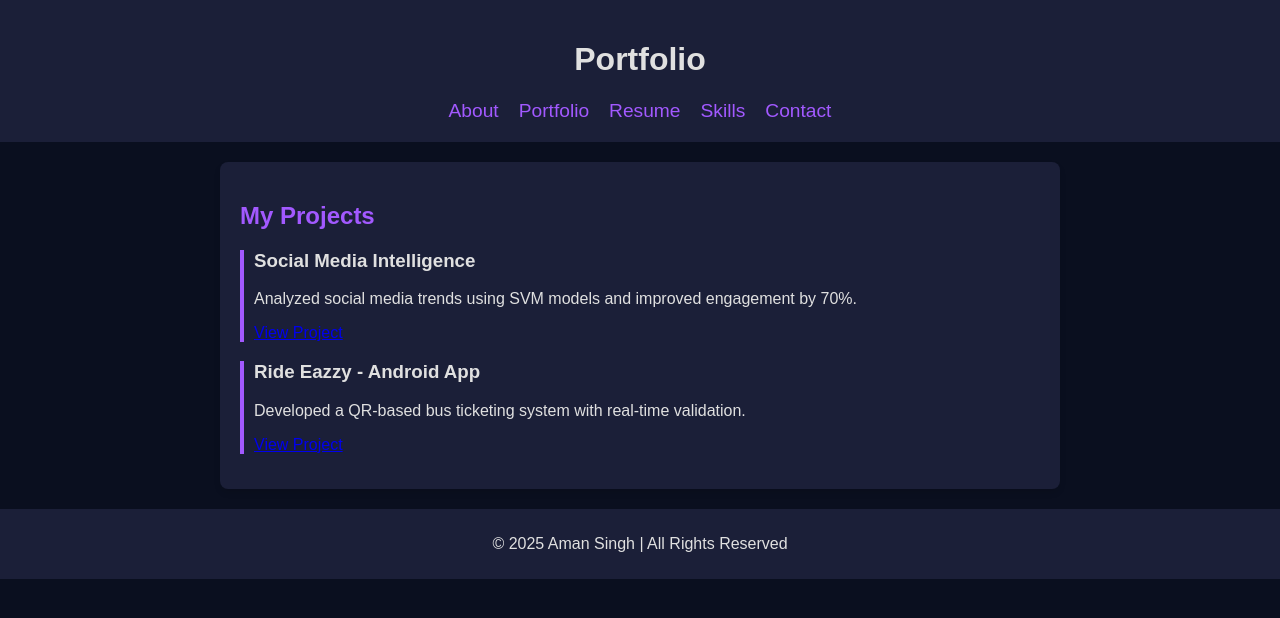
Repository: aman3singh/portfolio
Page: portfolio.html
The author's editor kept a copy of each file at every save. The page is drawn from the files as they stood at one save, then again after the next save.
The browser window is 1280 px wide. The pictures show the whole page.

Above is the page before, as saved 2025-02-11 18:25:06.

### portfolio.html
<!DOCTYPE html>
<html lang="en">
<head>
    <meta charset="UTF-8">
    <meta name="viewport" content="width=device-width, initial-scale=1.0">
    <title>Aman Singh | Portfolio</title>
    <link rel="stylesheet" href="styles.css">
</head>
<body>
    <header>
        <h1>Portfolio</h1>
        <nav>
            <a href="index.html#about">About</a>
            <a href="portfolio.html" class="active">Portfolio</a>
            <a href="resume.html">Resume</a>
            <a href="index.html#skills">Skills</a>
            <a href="index.html#contact">Contact</a>
        </nav>
    </header>

    <section id="projects">
        <h2>My Projects</h2>
        <div class="project">
            <h3>Social Media Intelligence</h3>
            <p>Analyzed social media trends using SVM models and improved engagement by 70%.</p>
            <a href="https://github.com/your-username/social-media-intelligence" target="_blank">View Project</a>
        </div>
        <div class="project">
            <h3>Ride Eazzy - Android App</h3>
            <p>Developed a QR-based bus ticketing system with real-time validation.</p>
            <a href="https://github.com/your-username/ride-eazzy" target="_blank">View Project</a>
        </div>
    </section>

    <footer>
        <p>© 2025 Aman Singh | All Rights Reserved</p>
    </footer>
</body>
</html>

### styles.css
body {
    font-family: 'Arial', sans-serif;
    margin: 0;
    padding: 0;
    background-color: #0A0F1F;
    color: #E0E0E0;
}

header {
    background-color: #1B1F38;
    color: 	#E0E0E0;
    text-align: center;
    padding: 20px;
}

nav {
    display: flex;
    justify-content: center;
    gap: 20px;
}

nav a {
    color: #A259FF;
    text-decoration: none;
    font-size: 1.2em;
    transition: color 0.3s;
}

nav a:hover {
    color: #00E5FF;
}

section {
    padding: 20px;
    margin: 20px auto;
    max-width: 800px;
    background: #1B1F38;
    box-shadow: 0px 4px 6px rgba(0, 0, 0, 0.1);
    border-radius: 8px;
}

h2 {
    color: #A259FF;
}

.project {
    border-left: 4px solid #A259FF;
    padding-left: 10px;
    margin-bottom: 15px;
}

.social-links {
    display: flex;
    justify-content: center;
    gap: 15px;
    font-size: 2rem;
}

.social-links a {
    color: #A259FF;
    transition: color 0.3s;
}

.social-links a:hover {
    color: #00E5FF;
}

footer {
    text-align: center;
    padding: 10px;
    background-color: #1B1F38;
    color: #E0E0E0;
}

After the next save:
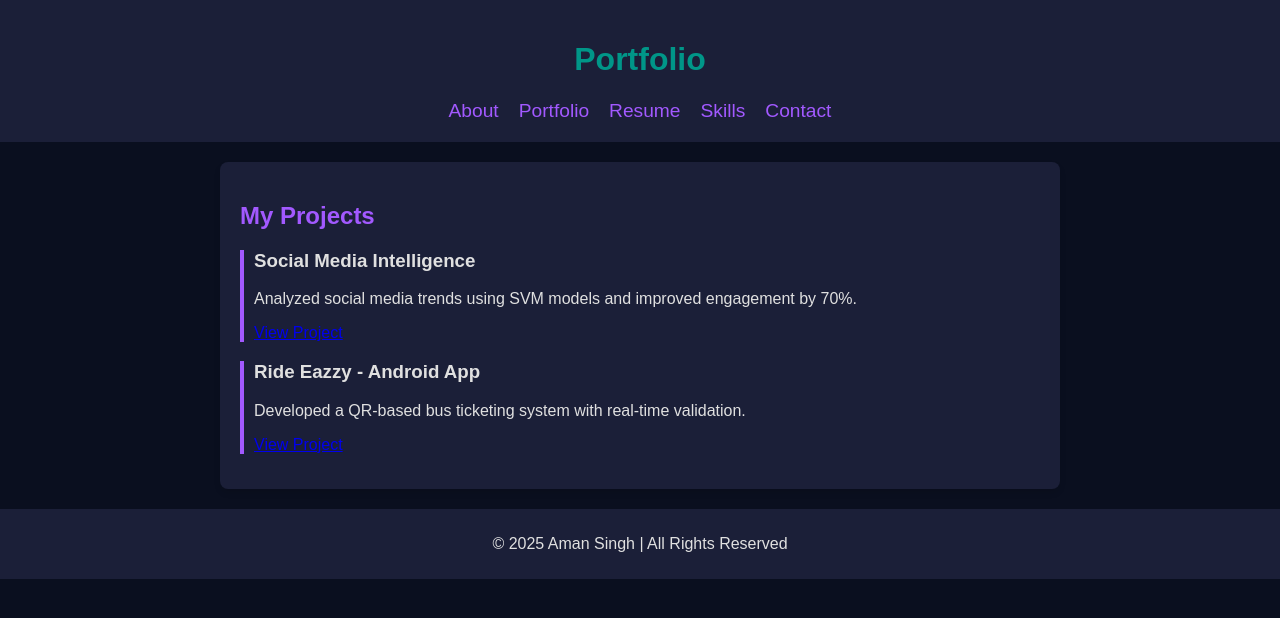
Saved 4 min 54 s later.
--- a/styles.css
+++ b/styles.css
@@ -8,7 +8,7 @@ body {
 
 header {
     background-color: #1B1F38;
-    color: 	#E0E0E0;
+    color: 	#009688;
     text-align: center;
     padding: 20px;
 }
